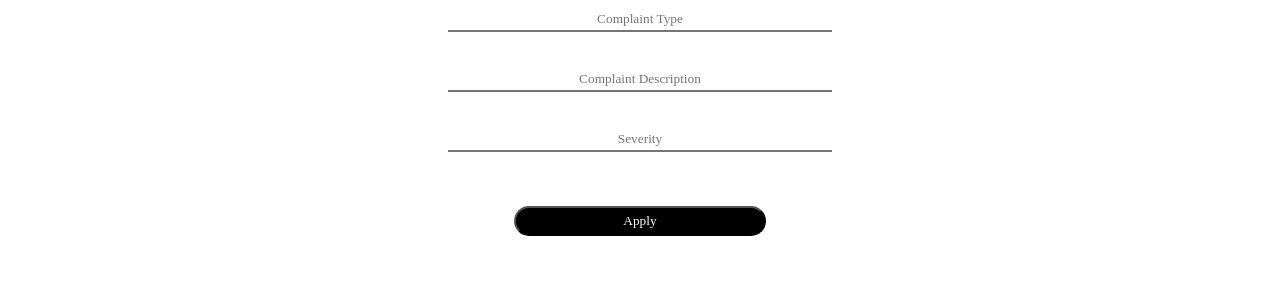
Repository: amitSai12/CMS
Page: http://localhost/ComplaintResolve/ComplaintApply.jsp
The author's editor kept a copy of each file at every save. The page is drawn from the files as they stood at one save, then again after the next save.
The browser window is 1280 px wide. The pictures show the whole page.
The page is served by Tomcat 9.

Above is the page before, as saved 2023-10-04 16:58:40.

After the next save:
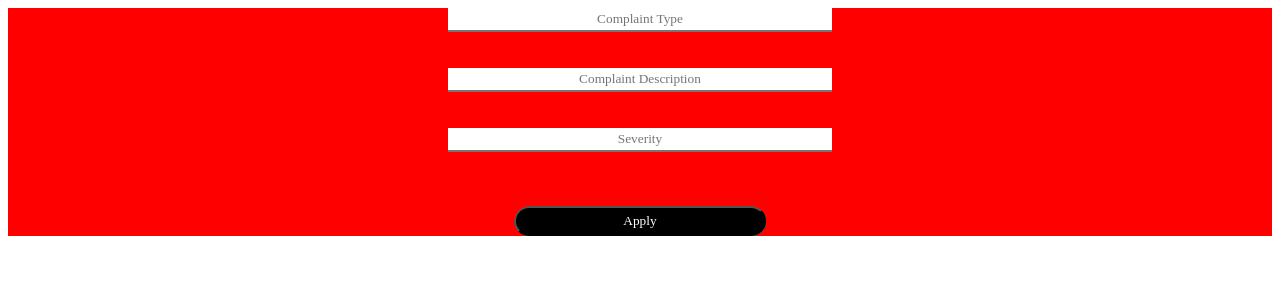
Saved 31 s later.
--- a/Day1_Thu/ComplaintResolve/src/main/webapp/ComplaintApply.jsp
+++ b/Day1_Thu/ComplaintResolve/src/main/webapp/ComplaintApply.jsp
@@ -12,7 +12,7 @@
 <body>
 <center>
 
-<div>
+<div style="background-color:red">
 	<form method="get" action="ComplaintApply.jsp">
 		 <input
 		 type="text" name="complaintType" placeholder="Complaint Type"
